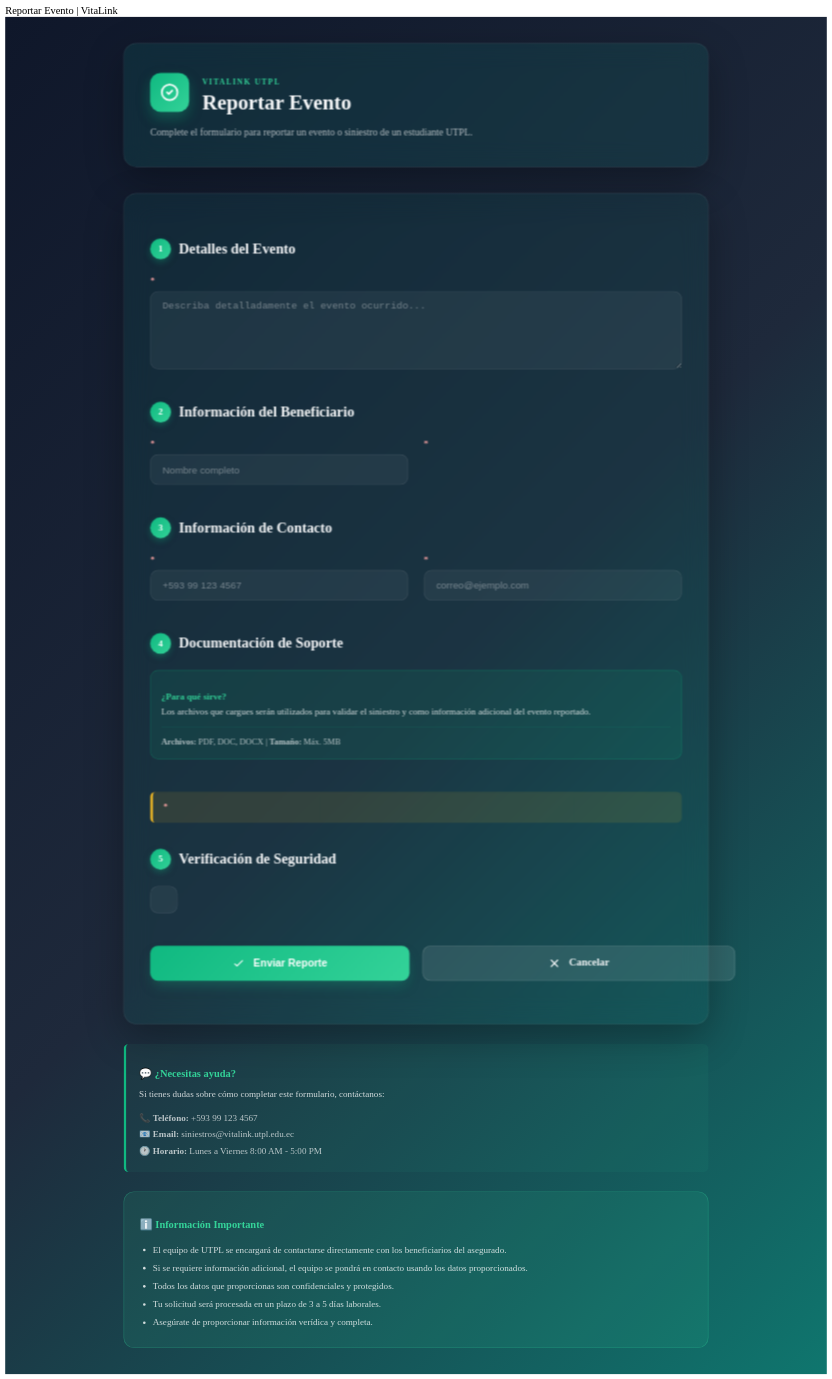
Repository: Carlosmicael/seguroVitaLink
Page: templates/siniestros/formulario_activacion.html
The author's editor kept a copy of each file at every save. The page is drawn from the files as they stood at one save, then again after the next save.
The browser window is 1280 px wide. The pictures show the whole page, at 65% of full size.
The template is drawn by Django 5.2. The application's start-up code is not run. Other server files are loaded and not shown. The template is opened directly, without the code that normally fills it, so the values that code supplies are empty.

Above is the page before, as saved 2026-01-22 21:42:17.

### templates/siniestros/formulario_activacion.html
{% load static %}

{% block title %}Reportar Evento | VitaLink{% endblock %}

{% block content %}
<style>
@keyframes fadeIn {
    from { opacity: 0; transform: translateY(20px); }
    to { opacity: 1; transform: translateY(0); }
}

.form-section {
    animation: fadeIn 0.6s ease-out;
}

.input-field {
    background: rgba(255, 255, 255, 0.05);
    border: 1px solid rgba(255, 255, 255, 0.1);
    border-radius: 12px;
    padding: 14px 18px;
    color: #f9fafb;
    font-size: 15px;
    transition: all 0.3s ease;
    width: 100%;
}

.input-field:focus {
    outline: none;
    background: rgba(255, 255, 255, 0.08);
    border-color: #10b981;
    box-shadow: 0 0 0 3px rgba(16, 185, 129, 0.1);
}

.input-field::placeholder {
    color: rgba(255, 255, 255, 0.4);
}

textarea.input-field {
    min-height: 120px;
    resize: vertical;
}

select.input-field {
    appearance: none;
    background-image: url("data:[embedded picture, 228 characters]");
    background-repeat: no-repeat;
    background-position: right 12px center;
    background-size: 20px;
    padding-right: 40px;
}

.btn-primary {
    background: linear-gradient(135deg, #10b981 0%, #34d399 100%);
    color: white;
    font-weight: 700;
    padding: 16px 40px;
    border-radius: 12px;
    font-size: 16px;
    border: none;
    cursor: pointer;
    transition: all 0.3s ease;
    box-shadow: 0 10px 20px -5px rgba(16, 185, 129, 0.3);
    width: 100%;
}

.btn-primary:hover {
    transform: translateY(-2px);
    box-shadow: 0 15px 30px -5px rgba(16, 185, 129, 0.4);
}

.btn-secondary {
    background: rgba(255, 255, 255, 0.1);
    color: #f9fafb;
    font-weight: 600;
    padding: 16px 40px;
    border-radius: 12px;
    font-size: 16px;
    border: 1px solid rgba(255, 255, 255, 0.2);
    cursor: pointer;
    transition: all 0.3s ease;
    text-align: center;
    text-decoration: none;
    display: inline-block;
    width: 100%;
}

.btn-secondary:hover {
    background: rgba(255, 255, 255, 0.15);
    border-color: rgba(255, 255, 255, 0.3);
}

.section-badge {
    display: inline-flex;
    align-items: center;
    justify-content: center;
    width: 32px;
    height: 32px;
    background: linear-gradient(135deg, #10b981 0%, #34d399 100%);
    border-radius: 50%;
    color: white;
    font-weight: 700;
    font-size: 14px;
    margin-right: 12px;
    box-shadow: 0 4px 10px rgba(16, 185, 129, 0.3);
}

.label-text {
    color: rgba(255, 255, 255, 0.9);
    font-size: 14px;
    font-weight: 600;
    margin-bottom: 8px;
    display: block;
}

.error-text {
    color: #fca5a5;
    font-size: 13px;
    margin-top: 6px;
}

.info-box {
    background: rgba(16, 185, 129, 0.1);
    border: 1px solid rgba(16, 185, 129, 0.3);
    border-radius: 12px;
    padding: 16px;
    margin-bottom: 20px;
}

.help-box {
    background: rgba(52, 211, 153, 0.05);
    border-left: 4px solid #10b981;
    border-radius: 8px;
    padding: 20px;
    margin-top: 30px;
}

.checkbox-wrapper {
    display: flex;
    align-items: start;
    gap: 12px;
    background: rgba(251, 191, 36, 0.1);
    border-left: 4px solid #fbbf24;
    border-radius: 8px;
    padding: 16px;
}

.checkbox-wrapper input[type="checkbox"] {
    width: 20px;
    height: 20px;
    cursor: pointer;
    margin-top: 2px;
}

.file-input-wrapper {
    position: relative;
}

.file-input-wrapper input[type="file"] {
    width: 100%;
    padding: 14px;
    background: rgba(255, 255, 255, 0.05);
    border: 2px dashed rgba(255, 255, 255, 0.2);
    border-radius: 12px;
    color: #f9fafb;
    cursor: pointer;
    transition: all 0.3s ease;
}

.file-input-wrapper input[type="file"]:hover {
    background: rgba(255, 255, 255, 0.08);
    border-color: #10b981;
}
</style>

<main style="background: linear-gradient(135deg, #0f172a 0%, #1e293b 50%, #0f766e 100%); min-height: 100vh; padding: 40px 20px;">
    <div style="max-width: 900px; margin: 0 auto;">

        <!-- Header Card -->
        <div style="background: rgba(15, 118, 110, 0.2); backdrop-filter: blur(20px); border-radius: 20px; padding: 40px; margin-bottom: 40px; border: 1px solid rgba(255, 255, 255, 0.1); box-shadow: 0 20px 60px rgba(0, 0, 0, 0.3);">
            <div style="display: flex; align-items: center; gap: 20px; margin-bottom: 16px;">
                <div style="width: 60px; height: 60px; background: linear-gradient(135deg, #10b981 0%, #34d399 100%); border-radius: 16px; display: flex; align-items: center; justify-content: center; box-shadow: 0 10px 20px rgba(16, 185, 129, 0.3);">
                    <svg style="width: 32px; height: 32px; color: white;" fill="none" stroke="currentColor" viewBox="0 0 24 24">
                        <path stroke-linecap="round" stroke-linejoin="round" stroke-width="2" d="M9 12l2 2 4-4m6 2a9 9 0 11-18 0 9 9 0 0118 0z"></path>
                    </svg>
                </div>
                <div>
                    <p style="color: #34d399; font-size: 12px; font-weight: 700; text-transform: uppercase; letter-spacing: 2px; margin-bottom: 4px;">VITALINK UTPL</p>
                    <h1 style="font-size: 32px; font-weight: 900; color: #f9fafb; line-height: 1.2; margin: 0;">Reportar Evento</h1>
                </div>
            </div>
            <p style="color: rgba(255, 255, 255, 0.7); font-size: 15px; line-height: 1.6; margin: 0;">
                Complete el formulario para reportar un evento o siniestro de un estudiante UTPL.
            </p>
        </div>

        <!-- Main Form Card -->
        <div style="background: rgba(15, 118, 110, 0.15); backdrop-filter: blur(20px); border-radius: 20px; padding: 50px 40px; border: 1px solid rgba(255, 255, 255, 0.1); box-shadow: 0 20px 60px rgba(0, 0, 0, 0.3);">
            <form method="POST" enctype="multipart/form-data" id="activacionForm" url="reportar_evento">
                {% csrf_token %}

                <!-- Sección 1: Detalles del Evento -->
                <div style="margin-bottom: 50px;" class="form-section">
                    <h2 style="font-size: 22px; font-weight: 700; color: #f9fafb; margin-bottom: 25px; display: flex; align-items: center;">
                        <span class="section-badge">1</span>
                        Detalles del Evento
                    </h2>

                    <div style="margin-bottom: 24px;">
                        <label for="{{ form.descripcion.id_for_label }}" class="label-text">
                            {{ form.descripcion.label }}
                            <span style="color: #fca5a5;">*</span>
                        </label>
                        <textarea name="{{ form.descripcion.name }}" id="{{ form.descripcion.id_for_label }}" class="input-field" placeholder="Describa detalladamente el evento ocurrido..." required>{{ form.descripcion.value|default:'' }}</textarea>
                        {% if form.descripcion.errors %}
                            <div class="error-text">{{ form.descripcion.errors.0 }}</div>
                        {% endif %}
                    </div>
                </div>

                <!-- Sección 2: Información del Beneficiario -->
                <div style="margin-bottom: 50px;" class="form-section">
                    <h2 style="font-size: 22px; font-weight: 700; color: #f9fafb; margin-bottom: 25px; display: flex; align-items: center;">
                        <span class="section-badge">2</span>
                        Información del Beneficiario
                    </h2>

                    <div style="display: grid; grid-template-columns: repeat(auto-fit, minmax(250px, 1fr)); gap: 24px;">
                        <div>
                            <label for="{{ form.nombre_beneficiario.id_for_label }}" class="label-text">
                                {{ form.nombre_beneficiario.label }}
                                <span style="color: #fca5a5;">*</span>
                            </label>
                            <input type="text" name="{{ form.nombre_beneficiario.name }}" id="{{ form.nombre_beneficiario.id_for_label }}" class="input-field" placeholder="Nombre completo" value="{{ form.nombre_beneficiario.value|default:'' }}" required>
                            {% if form.nombre_beneficiario.errors %}
                                <div class="error-text">{{ form.nombre_beneficiario.errors.0 }}</div>
                            {% endif %}
                        </div>

                        <div>
                            <label for="{{ form.relacion_beneficiario.id_for_label }}" class="label-text">
                                {{ form.relacion_beneficiario.label }}
                                <span style="color: #fca5a5;">*</span>
                            </label>
                            {{ form.relacion_beneficiario }}
                            {% if form.relacion_beneficiario.errors %}
                                <div class="error-text">{{ form.relacion_beneficiario.errors.0 }}</div>
                            {% endif %}
                        </div>
                    </div>
                </div>

                <!-- Sección 3: Contacto -->
                <div style="margin-bottom: 50px;" class="form-section">
                    <h2 style="font-size: 22px; font-weight: 700; color: #f9fafb; margin-bottom: 25px; display: flex; align-items: center;">
                        <span class="section-badge">3</span>
                        Información de Contacto
                    </h2>

                    <div style="display: grid; grid-template-columns: repeat(auto-fit, minmax(250px, 1fr)); gap: 24px;">
                        <div>
                            <label for="{{ form.telefono.id_for_label }}" class="label-text">
                                {{ form.telefono.label }}
                                <span style="color: #fca5a5;">*</span>
                            </label>
                            <input type="tel" name="{{ form.telefono.name }}" id="{{ form.telefono.id_for_label }}" class="input-field" placeholder="+593 99 123 4567" value="{{ form.telefono.value|default:'' }}" required>
                            {% if form.telefono.errors %}
                                <div class="error-text">{{ form.telefono.errors.0 }}</div>
                            {% endif %}
                        </div>

                        <div>
                            <label for="{{ form.email.id_for_label }}" class="label-text">
                                {{ form.email.label }}
                                <span style="color: #fca5a5;">*</span>
                            </label>
                            <input type="email" name="{{ form.email.name }}" id="{{ form.email.id_for_label }}" class="input-field" placeholder="correo@ejemplo.com" value="{{ form.email.value|default:'' }}" required>
                            {% if form.email.errors %}
                                <div class="error-text">{{ form.email.errors.0 }}</div>
                            {% endif %}
                        </div>
                    </div>
                </div>

                <!-- Sección 4: Documentación -->
                <div style="margin-bottom: 50px;" class="form-section">
                    <h2 style="font-size: 22px; font-weight: 700; color: #f9fafb; margin-bottom: 25px; display: flex; align-items: center;">
                        <span class="section-badge">4</span>
                        Documentación de Soporte
                    </h2>

                    <div class="info-box">
                        <p style="color: rgba(255, 255, 255, 0.85); font-size: 14px; line-height: 1.6; margin-bottom: 12px;">
                            <strong style="color: #34d399;">¿Para qué sirve?</strong><br>
                            Los archivos que cargues serán utilizados para validar el siniestro y como información adicional del evento reportado.
                        </p>
                        <hr style="border: none; border-top: 1px solid rgba(16, 185, 129, 0.2); margin: 12px 0;">
                        <p style="color: rgba(255, 255, 255, 0.7); font-size: 13px; line-height: 1.5; margin: 0;">
                            <strong>Archivos:</strong> PDF, DOC, DOCX | <strong>Tamaño:</strong> Máx. 5MB
                        </p>
                    </div>

                    <div class="file-input-wrapper">
                        <label for="{{ form.archivo_documento.id_for_label }}" class="label-text">
                            {{ form.archivo_documento.label }}
                        </label>
                        {{ form.archivo_documento }}
                        {% if form.archivo_documento.errors %}
                            <div class="error-text">{{ form.archivo_documento.errors.0 }}</div>
                        {% endif %}
                    </div>
                </div>

                <!-- Sección 5: Consentimiento -->
                <div style="margin-bottom: 40px;" class="form-section">
                    <div class="checkbox-wrapper">
                        {{ form.acepta_terminos }}
                        <label for="{{ form.acepta_terminos.id_for_label }}" style="color: rgba(255, 255, 255, 0.9); font-size: 14px; font-weight: 600; flex: 1;">
                            {{ form.acepta_terminos.label }}
                            <span style="color: #fca5a5;">*</span>
                        </label>
                    </div>
                    {% if form.acepta_terminos.errors %}
                        <div class="error-text" style="margin-left: 32px;">{{ form.acepta_terminos.errors.0 }}</div>
                    {% endif %}
                </div>

                <!-- Sección 6: reCAPTCHA -->
                <div style="margin-bottom: 40px;" class="form-section">
                    <h2 style="font-size: 22px; font-weight: 700; color: #f9fafb; margin-bottom: 25px; display: flex; align-items: center;">
                        <span class="section-badge">5</span>
                        Verificación de Seguridad
                    </h2>

                    <div style="background: rgba(255, 255, 255, 0.05); border: 1px solid rgba(255, 255, 255, 0.1); border-radius: 12px; padding: 20px; display: inline-block;">
                        {% if form.captcha.errors %}
                            <div class="error-text" style="margin-bottom: 12px;">{{ form.captcha.errors.0 }}</div>
                        {% endif %}
                        {{ form.captcha }}
                    </div>
                </div>

                <!-- Botones de Acción -->
                <div style="display: grid; grid-template-columns: repeat(auto-fit, minmax(200px, 1fr)); gap: 20px; margin-top: 50px;">
                    <button type="submit" class="btn-primary" >
                        <svg style="display: inline-block; width: 20px; height: 20px; margin-right: 8px; vertical-align: middle;" fill="none" stroke="currentColor" viewBox="0 0 24 24">
                            <path stroke-linecap="round" stroke-linejoin="round" stroke-width="2" d="M5 13l4 4L19 7"></path>
                        </svg>
                        Enviar Reporte
                    </button>
                    <a href="{% url 'inicio' %}" class="btn-secondary">
                        <svg style="display: inline-block; width: 20px; height: 20px; margin-right: 8px; vertical-align: middle;" fill="none" stroke="currentColor" viewBox="0 0 24 24">
                            <path stroke-linecap="round" stroke-linejoin="round" stroke-width="2" d="M6 18L18 6M6 6l12 12"></path>
                        </svg>
                        Cancelar
                    </a>
                </div>
            </form>
        </div>

        <!-- Help Box -->
        <div class="help-box">
            <h3 style="color: #34d399; font-size: 16px; font-weight: 700; margin-bottom: 12px;">💬 ¿Necesitas ayuda?</h3>
            <p style="color: rgba(255, 255, 255, 0.8); font-size: 14px; margin-bottom: 16px;">Si tienes dudas sobre cómo completar este formulario, contáctanos:</p>
            <div style="color: rgba(255, 255, 255, 0.7); font-size: 14px; line-height: 1.8;">
                <p style="margin: 0;">📞 <strong>Teléfono:</strong> +593 99 123 4567</p>
                <p style="margin: 0;">📧 <strong>Email:</strong> siniestros@vitalink.utpl.edu.ec</p>
                <p style="margin: 0;">🕐 <strong>Horario:</strong> Lunes a Viernes 8:00 AM - 5:00 PM</p>
            </div>
        </div>

        <!-- Info Box -->
        <div style="margin-top: 30px; background: rgba(52, 211, 153, 0.1); border: 1px solid rgba(52, 211, 153, 0.3); border-radius: 16px; padding: 24px;">
            <h3 style="color: #34d399; font-size: 16px; font-weight: 700; margin-bottom: 16px;">ℹ️ Información Importante</h3>
            <ul style="color: rgba(255, 255, 255, 0.8); font-size: 14px; line-height: 2; margin: 0; padding-left: 20px;">
                <li>El equipo de UTPL se encargará de contactarse directamente con los beneficiarios del asegurado.</li>
                <li>Si se requiere información adicional, el equipo se pondrá en contacto usando los datos proporcionados.</li>
                <li>Todos los datos que proporcionas son confidenciales y protegidos.</li>
                <li>Tu solicitud será procesada en un plazo de 3 a 5 días laborales.</li>
                <li>Asegúrate de proporcionar información verídica y completa.</li>
            </ul>
        </div>
    </div>
</main>

<script>
document.addEventListener('DOMContentLoaded', function() {
    const formFields = document.querySelectorAll('input[type="text"], input[type="email"], input[type="tel"], select, textarea');
    formFields.forEach(field => {
        if (!field.classList.contains('input-field')) {
            field.classList.add('input-field');
        }
    });

    const fileInput = document.querySelector('input[type="file"]');
    if (fileInput && !fileInput.classList.contains('input-field')) {
        fileInput.style.cssText = `
            width: 100%;
            padding: 14px;
            background: rgba(255, 255, 255, 0.05);
            border: 2px dashed rgba(255, 255, 255, 0.2);
            border-radius: 12px;
            color: #f9fafb;
            cursor: pointer;
            transition: all 0.3s ease;
        `;
    }
});
</script>
{% endblock %}

{% block extra_js %}
<script src="https://www.google.com/recaptcha/api.js" async defer></script>
{% endblock %}

After the next save:
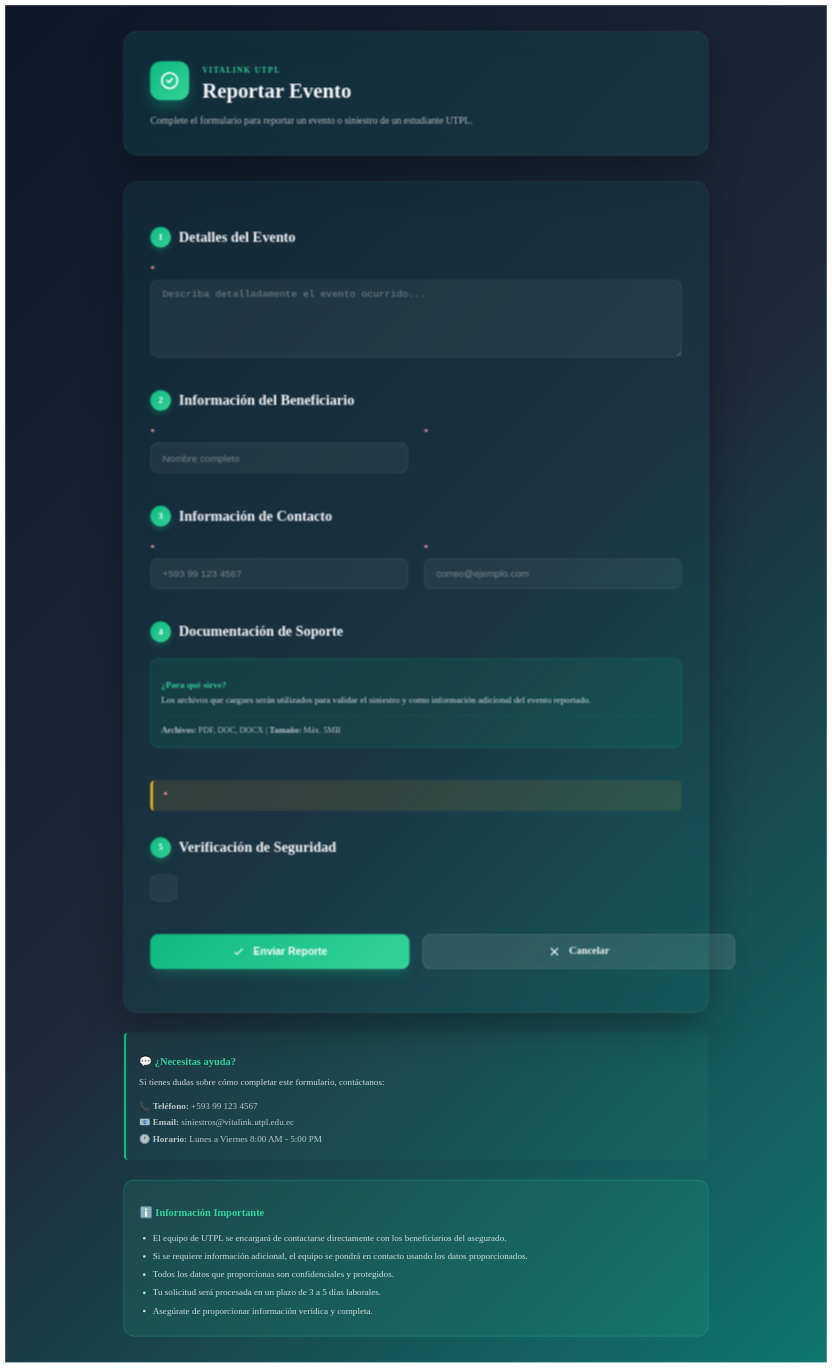
Saved 5 min 27 s later.
--- a/templates/siniestros/formulario_activacion.html
+++ b/templates/siniestros/formulario_activacion.html
@@ -1,6 +1,5 @@
 {% load static %}
 
-{% block title %}Reportar Evento | VitaLink{% endblock %}
 
 {% block content %}
 <style>
